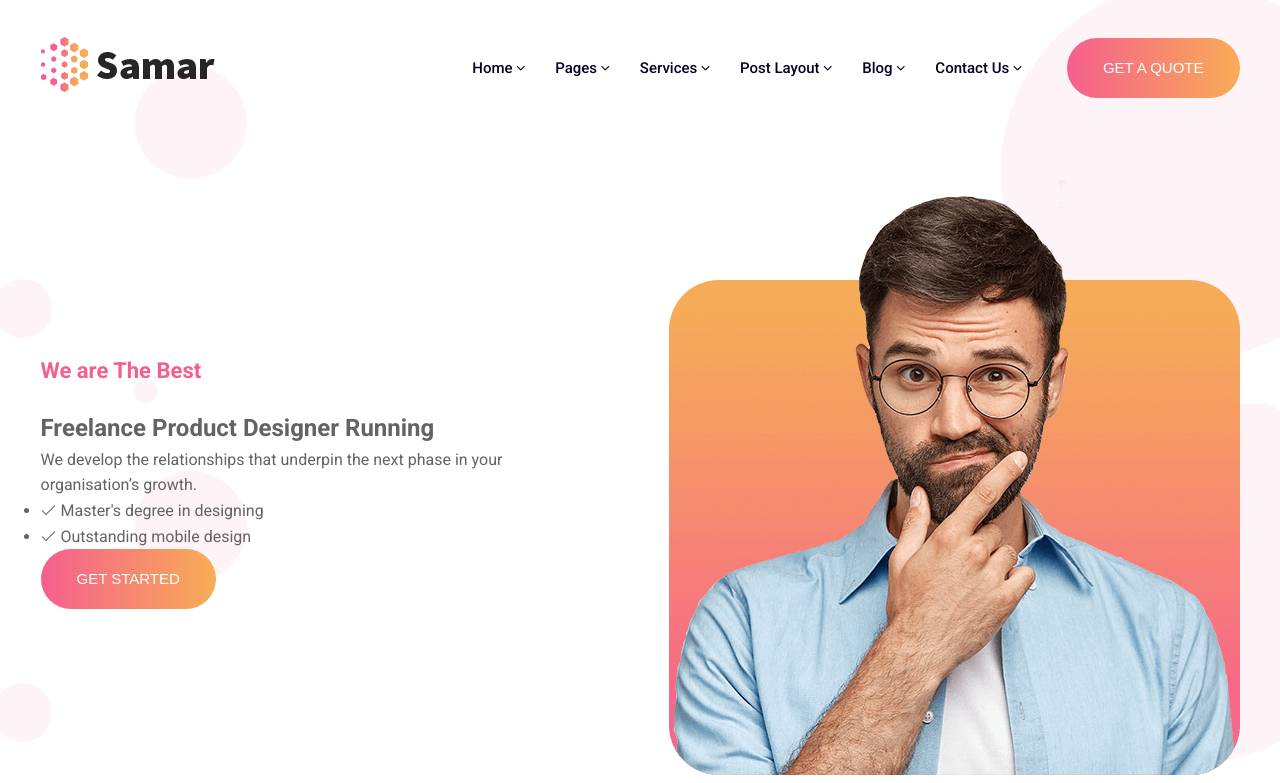
Repository: ducdatit2002/samar
Page: index.html
These files come from the project's save history. The page is drawn as it stood at one moment and after a run of saves; the edit follows.
The browser window is 1280 px wide. The pictures show the whole page.

Above is the page before, as saved 2023-07-26 23:32:27.

After the next 2 saves:
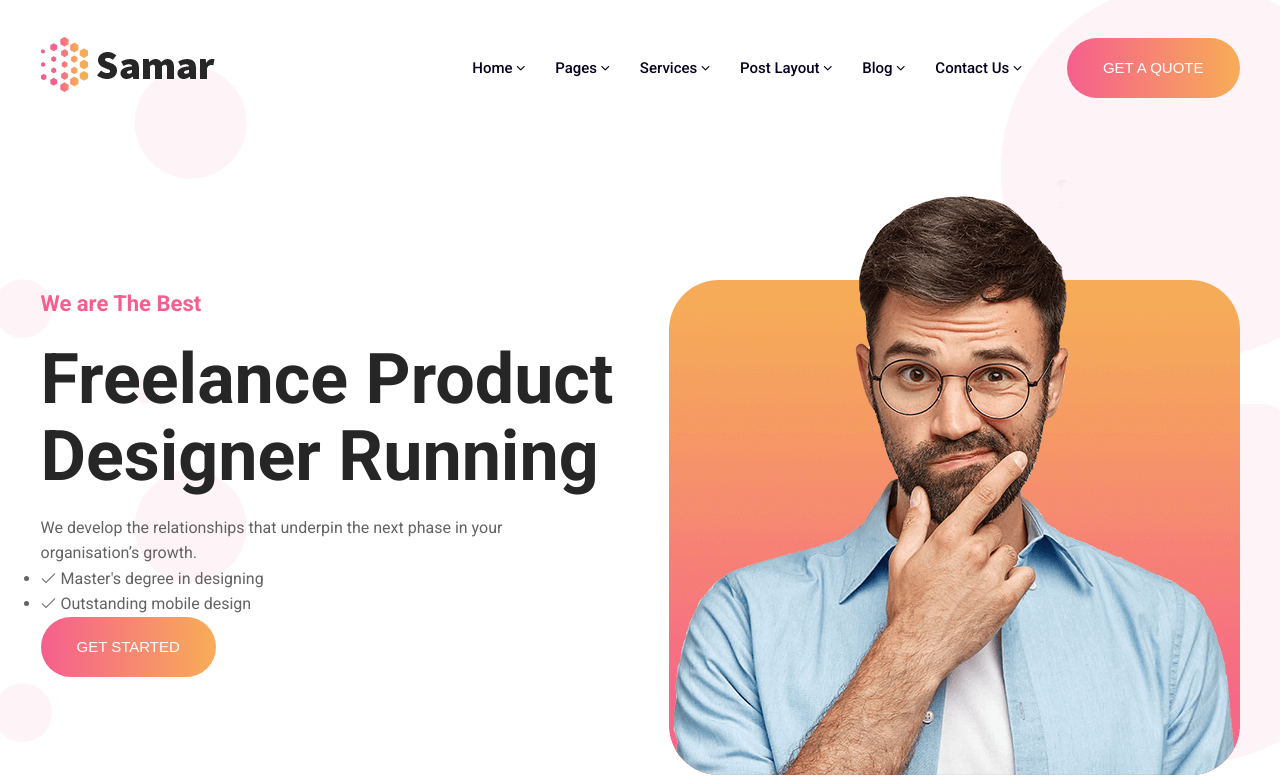
The 2 saves are shown as one change because they came seconds apart.
The last was saved 23 s later.
--- a/index.css
+++ b/index.css
@@ -111,6 +111,13 @@
     margin-bottom: 20px;
     color: #f55f8d;
 }
+.saCarousel__left .title h2 {
+    font-size: 70px;
+    line-height: 1.1;
+    font-weight: 800;
+    color: #262626;
+    margin-bottom: 20px;
+}
 /*Animation */
 @keyframes upToDown {
   49% {
